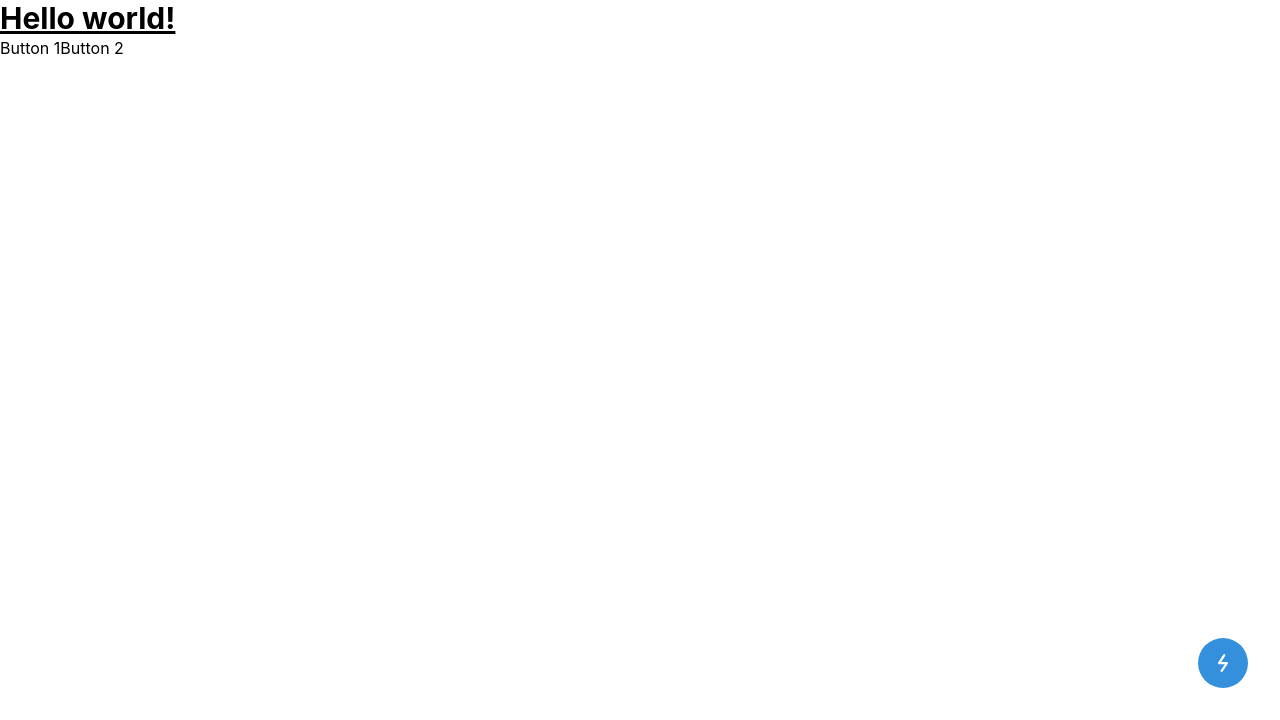
Repository: farrelmuhammad/quick-chat-task
Page: /, after clicking the first element matching `button.quick-start-button`
These files come from the project's save history. The page is drawn as it stood at one moment and after the next save; the edit follows.
The browser window is 1280 px wide. The pictures show the whole page.
The project was rebuilt for these pictures with package versions that can differ from the ones it lists, and the page was loaded fresh each time.

Above is the page before, as saved 2023-09-17 17:11:43.

### src/App.js
import logo from './logo.svg';
import './App.css';
import { useState } from 'react';

function App() {
  const [showAdditionalButtons, setShowAdditionalButtons] = useState(false);

  const toggleAdditionalButtons = () => {
    setShowAdditionalButtons(!showAdditionalButtons);
  };
  return (
    <div>
      <h1 className="text-3xl font-bold underline">Hello world!</h1>

      {/* Quick Start button */}
      <button className="quick-start-button p-4 rounded-full" onClick={toggleAdditionalButtons}>
        <svg width="18" height="18" viewBox="0 0 18 32" fill="none" xmlns="http://www.w3.org/2000/svg">
          <path fill-rule="evenodd" clip-rule="evenodd" d="M12.4427 0.335929C13.3618 0.948634 13.6101 2.19037 12.9974 3.10943L5.73704 14H16C16.7376 14 17.4153 14.406 17.7634 15.0563C18.1114 15.7066 18.0732 16.4957 17.6641 17.1094L8.33077 31.1094C7.71807 32.0285 6.47633 32.2768 5.55727 31.6641C4.63821 31.0514 4.38986 29.8097 5.00257 28.8906L12.263 18H2C1.26241 18 0.584692 17.5941 0.236654 16.9437C-0.111384 16.2934 -0.0732391 15.5043 0.335902 14.8906L9.66924 0.890629C10.2819 -0.0284284 11.5237 -0.276776 12.4427 0.335929Z" fill="white" />
        </svg>
      </button>

      {showAdditionalButtons && (
        <div className="additional-buttons">
          {/* Add your additional buttons here */}
          <button className="additional-button">Button 1</button>
          <button className="additional-button">Button 2</button>
        </div>
      )}
    </div>
  );
}

export default App;

### src/App.css
.App {
  text-align: center;
}

.App-logo {
  height: 40vmin;
  pointer-events: none;
}

@media (prefers-reduced-motion: no-preference) {
  .App-logo {
    animation: App-logo-spin infinite 20s linear;
  }
}

.App-header {
  background-color: #282c34;
  min-height: 100vh;
  display: flex;
  flex-direction: column;
  align-items: center;
  justify-content: center;
  font-size: calc(10px + 2vmin);
  color: white;
}

.App-link {
  color: #61dafb;
}

@keyframes App-logo-spin {
  from {
    transform: rotate(0deg);
  }
  to {
    transform: rotate(360deg);
  }
}

.quick-start-button {
  position: fixed;
  bottom: 2rem;
  right: 2rem;
  background-color: #3490dc;
  color: #ffffff;
  cursor: pointer;
  transition: background-color 0.3s ease;
}

.quick-start-button:hover {
  background-color: #2779bd;
}

Loaded but not shown: public/index.html (common file); src/index.js (common file); src/index.css (common file); src/reportWebVitals.js (common file); tailwind.config.js (common file)

After the next save:
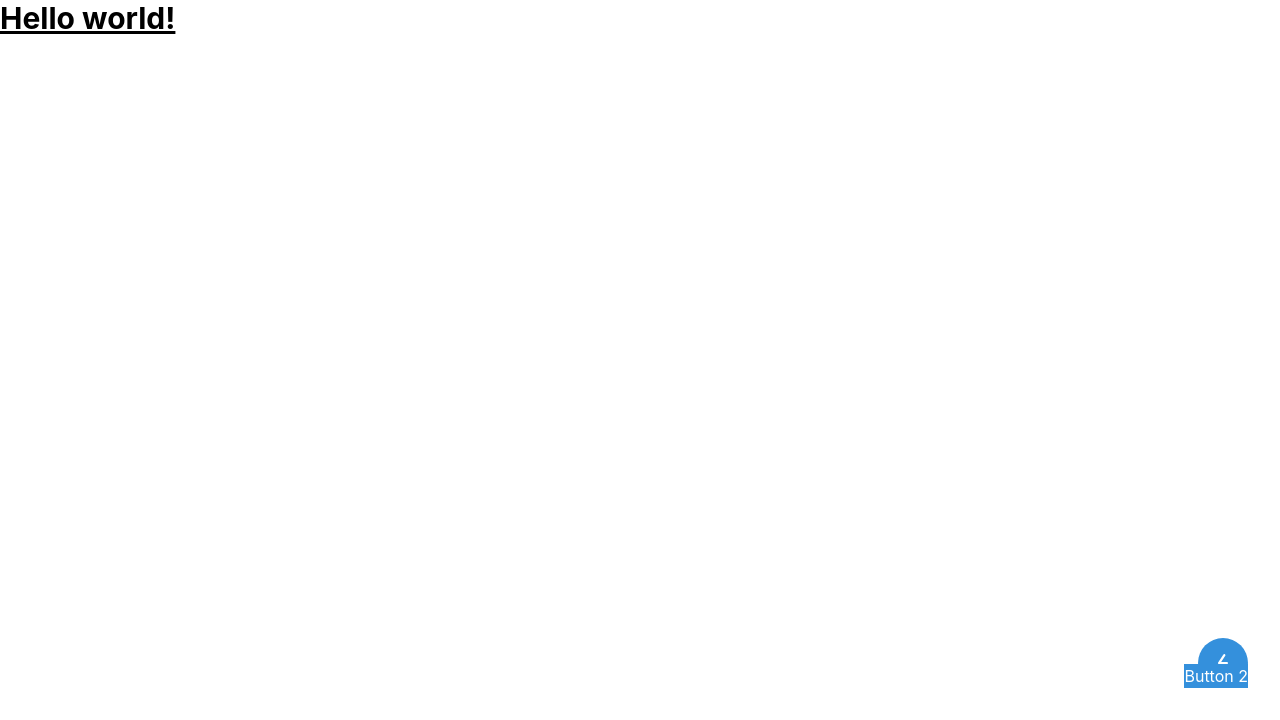
Saved 21 s later.
--- a/src/App.js
+++ b/src/App.js
@@ -22,8 +22,8 @@
       {showAdditionalButtons && (
         <div className="additional-buttons">
           {/* Add your additional buttons here */}
-          <button className="additional-button">Button 1</button>
-          <button className="additional-button">Button 2</button>
+          <button className="quick-start-button">Button 1</button>
+          <button className="quick-start-button">Button 2</button>
         </div>
       )}
     </div>

After the save that followed:
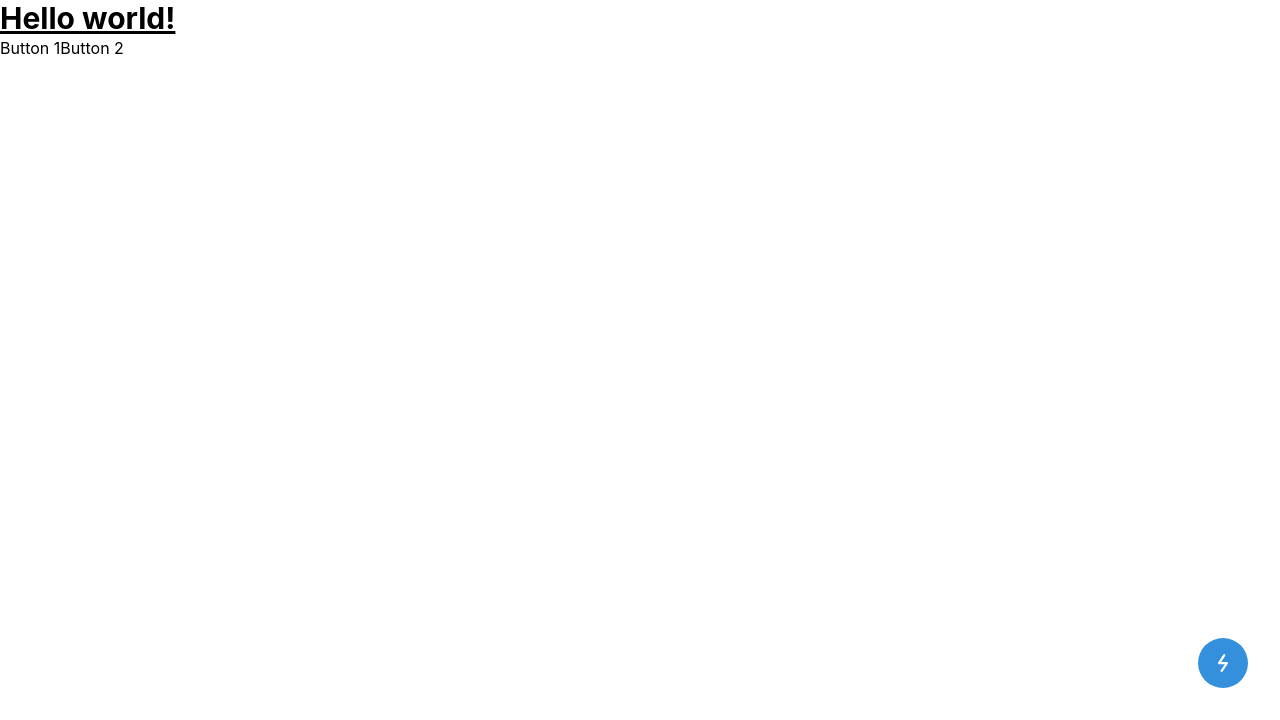
Saved 9 s later.
--- a/src/App.js
+++ b/src/App.js
@@ -22,8 +22,8 @@
       {showAdditionalButtons && (
         <div className="additional-buttons">
           {/* Add your additional buttons here */}
-          <button className="quick-start-button">Button 1</button>
-          <button className="quick-start-button">Button 2</button>
+          <button className="additional-button">Button 1</button>
+          <button className="additional-button">Button 2</button>
         </div>
       )}
     </div>
